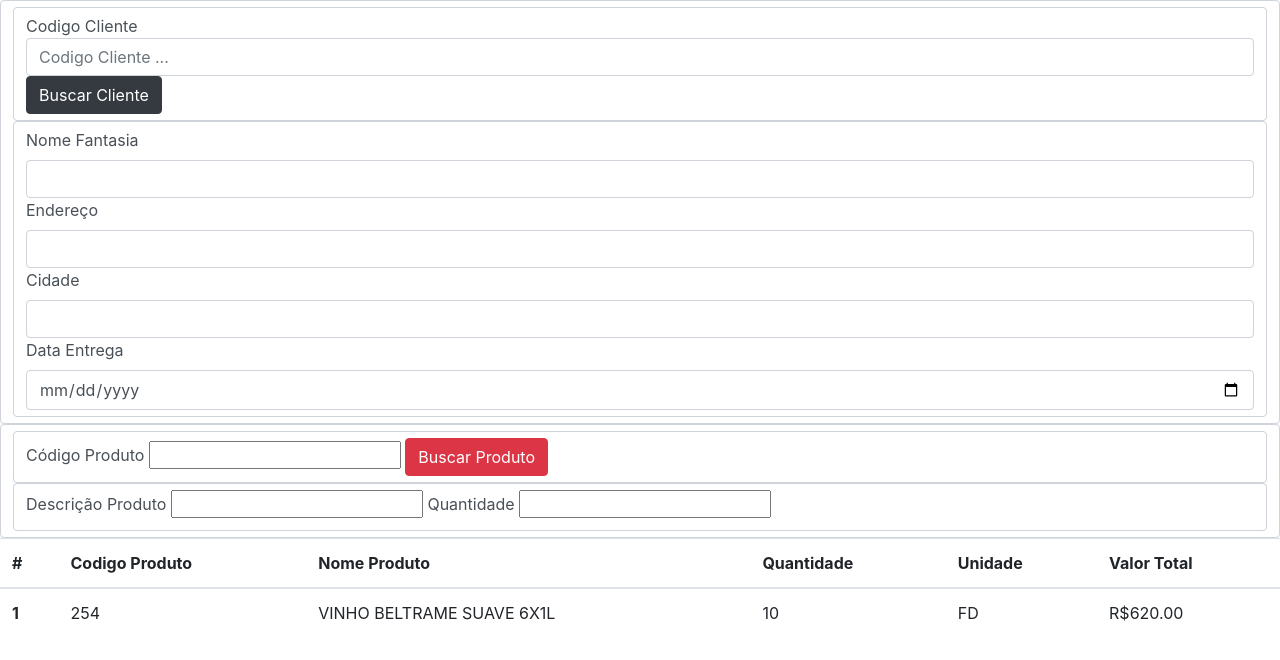
Repository: RobertoAntunes35/controle-estoque
Page: backend/templates/paginaGeracaoPedidos.html
The author's editor kept a copy of each file at every save. The page is drawn from the files as they stood at one save, then again after the next save.
The browser window is 1280 px wide. The pictures show the whole page.
Some web libraries are served in a nearby version. The template is drawn by Flask 3. The application's start-up code is not run. Other server files are loaded and not shown. The template is opened directly, without the code that normally fills it, so the values that code supplies are empty.

Above is the page before, as saved 2023-06-06 10:47:17.

### backend/templates/paginaGeracaoPedidos.html
{% extends "index.html" %}

{% block title %} Geração Pedidos {% endblock %}

{% block content %}
<div class="content-geracao-pedido">
        <form action="">
            <div class="data-clientes form-control">
                <div class="buscar form-control">
                    <label class="form-check-label" for="">Codigo Cliente</label>
                    <input class="form-control" type="text" name="codigoCliente" id="codigoCliente" placeholder="Codigo Cliente ...">
                    <a href="#" class="btn btn-dark">Buscar Cliente</a>
                </div>

                <div class="datas-cliente form-control">
                    <label for="">Nome Fantasia</label>
                    <input class="form-control" type="text" name="nomeFantasia" id="nomeFantasia">

                    <label for="">Endereço</label>
                    <input class="form-control" type="text" name="enderecoCliente" id="enderecoCliente">

                    <label for="">Cidade</label>
                    <input class="form-control" type="text" name="cidadeCliente" id="cidadeCliente">

                    <label for="">Data Entrega</label>
                    <input class="form-control" type="date" name="dataEntrega" id="dataEntrega">
                </div>
            </div>
            <div class="produtos">
                <div class="busca-produtos form-control">
                    <div class="busca form-control">
                        <label for="">Código Produto</label>
                        <input class="" type="text" name="codigoProduto" id="codigoProduto">
                        <button class="btn btn-danger" id="btnBuscaProduto" name="btnBuscaProduto">Buscar Produto</button>
                    </div>
                    <div class="dados-produtos form-control">
                        <label for="">Descrição Produto</label>
                        <input type="text" name="descricaoProduto" id="descricaoProduto">

                        <label for="">Quantidade</label>
                        <input type="number">
                    </div>
                </div>


                <table class="table">
                    <thead>
                        <tr>
                            <th scope="col">#</th>
                            <th scope="col">Codigo Produto</th>
                            <th scope="col">Nome Produto</th>
                            <th scope="col">Quantidade</th>
                            <th scope="col">Unidade</th>
                            <th scope="col">Valor Total</th>
                        </tr>
                    </thead>

                    <tbody>
                        <tr>
                            <th scope="row">1</th>
                            <td>254</td>
                            <td>VINHO BELTRAME SUAVE 6X1L</td>
                            <td>10</td>
                            <td>FD</td>
                            <td>R$620.00</td>
                        </tr>
                    </tbody>

                </table>

            </div>

        </form>
    </div>

{% endblock %}

### backend/templates/index.html
<!DOCTYPE html>
<html lang="en">

{% block head %}
<head>
    <meta charset="UTF-8">
    <meta http-equiv="X-UA-Compatible" content="IE=edge">
    <meta name="viewport" content="width=device-width, initial-scale=1.0">
    <title>{% block title %} {% endblock %}</title>

    <script src="https://ajax.googleapis.com/ajax/libs/jquery/3.5.1/jquery.min.js"></script>
    <!-- CSS INTERNO -->
    <link rel="stylesheet" href="{{ url_for('static', filename='css/globalStyle.css') }}">

    <!-- FONTE -->

    <!-- BOOTSTRAP -->
    <link rel="stylesheet" href="https://maxcdn.bootstrapcdn.com/bootstrap/4.0.0/css/bootstrap.min.css">
    <script src="https://maxcdn.bootstrapcdn.com/bootstrap/4.0.0/js/bootstrap.min.js"></script>
    <script src="https://cdnjs.cloudflare.com/ajax/libs/popper.js/1.12.9/umd/popper.min.js"></script>

    <!-- SCRIPT INTERNO -->
    <script src="{{ url_for('static' , filename='js/script.js') }}"></script>

    <!-- SCRIPTS AUXILIARES -->

</head>
{% endblock %}

<body>
   <div class="content">
    {% block content %} {% endblock %}
    </div>

</body>
</html>

### backend/static/css/globalStyle.css
* {
    margin: 0 auto;
    padding: 0;
    box-sizing: border-box;
}

.div-formulario {
    border: 1px solid;
}

.container {
    display: flex;
    justify-content: left;
    align-items: center;
    width: 100vw;
    height: 100vh;

    /* border: 1px solid; */
}

.search-product{
    /* border: 1px solid; */
}
.values-find{
    /* border: 1px solid; */
}

.choices-values{
    /* border: 1px solid; */
}

### backend/static/js/script.js

$(document).ready(function() {
    $('#btnBuscar').click(function(event) {
        event.preventDefault();

        var inputValue = $('#codigo').val();
        console.log(inputValue);

    $.ajax({
        url: '/busca_produtos',
        type: 'POST',
        data: {codigoProduto: inputValue},
        success: function(date) {
            $('#descricao').val(date.updatedValue.descricao)
            $('#codigoFornecedor').val(date.updatedValue.codigoFornecedor)
            $('#unidade').val(date.updatedValue.unidade)
        }
    });
    });
});


function verificarEnter(event) {
    if(event.keyCode === 13) {
        event.preventDefault();

        var botao = document.getElementById("btnBuscar")
        botao.click();
    }
}

After the next save:
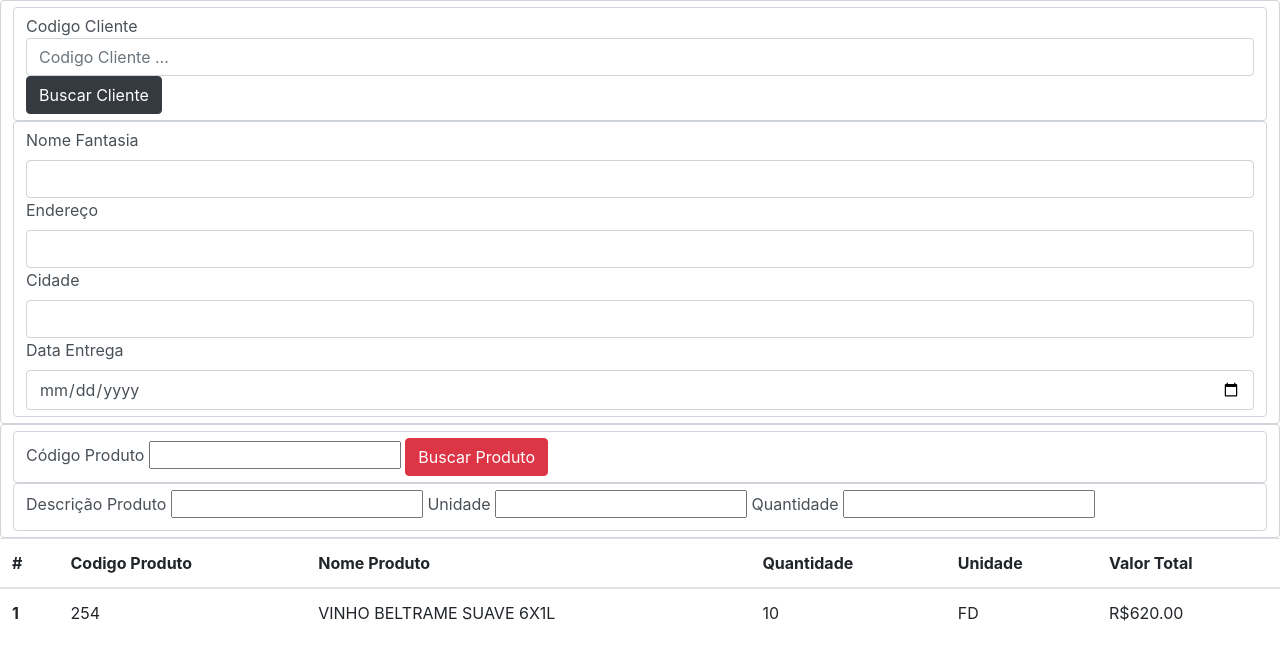
Saved 39 s later.
--- a/backend/templates/paginaGeracaoPedidos.html
+++ b/backend/templates/paginaGeracaoPedidos.html
@@ -37,6 +37,9 @@
                         <label for="">Descrição Produto</label>
                         <input type="text" name="descricaoProduto" id="descricaoProduto">
 
+                        <label for="">Unidade</label>
+                        <input type="text">
+
                         <label for="">Quantidade</label>
                         <input type="number">
                     </div>
